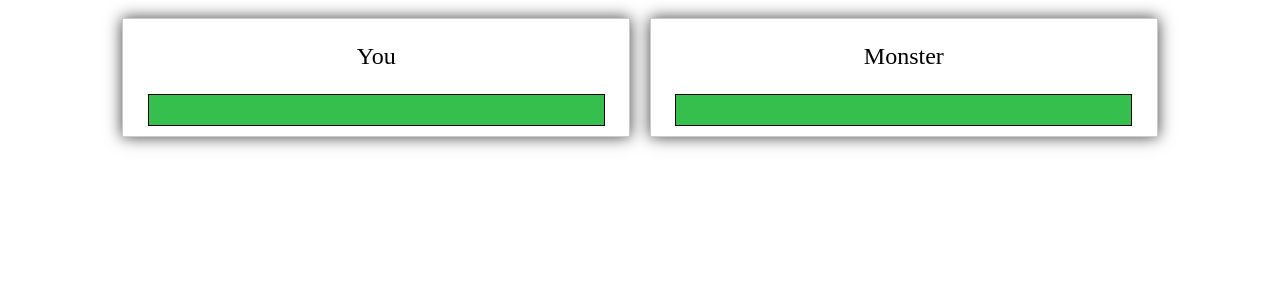
Repository: jakublack/game-fight-vue
Page: /
The author's editor kept a copy of each file at every save. The page is drawn from the files as they stood at one save, then again after the next save.
The browser window is 1280 px wide. The pictures show the whole page.
The project was rebuilt for these pictures with package versions that can differ from the ones it lists, and the page was loaded fresh each time.

Above is the page before, as saved 2018-08-08 20:48:27.

After the next save:
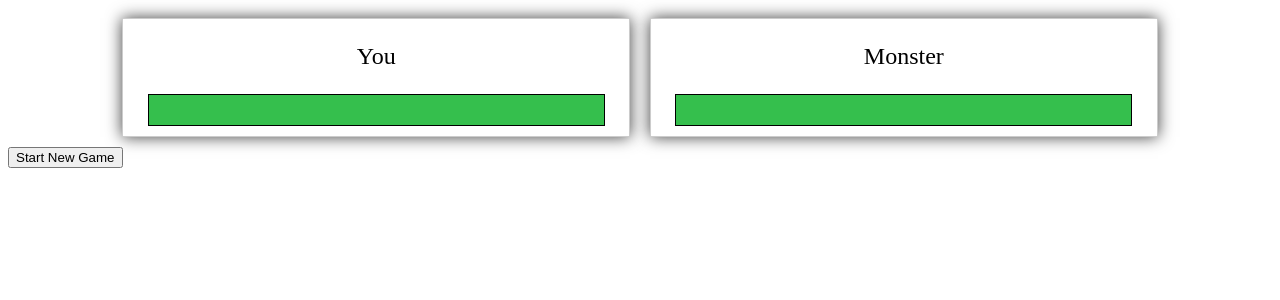
Saved 15 s later.
--- a/src/components/Game.vue
+++ b/src/components/Game.vue
@@ -11,7 +11,7 @@
       </div>
     </div>
     <div class="wrapper-action">
-
+      <button>Start New Game</button>
     </div>
 
 
